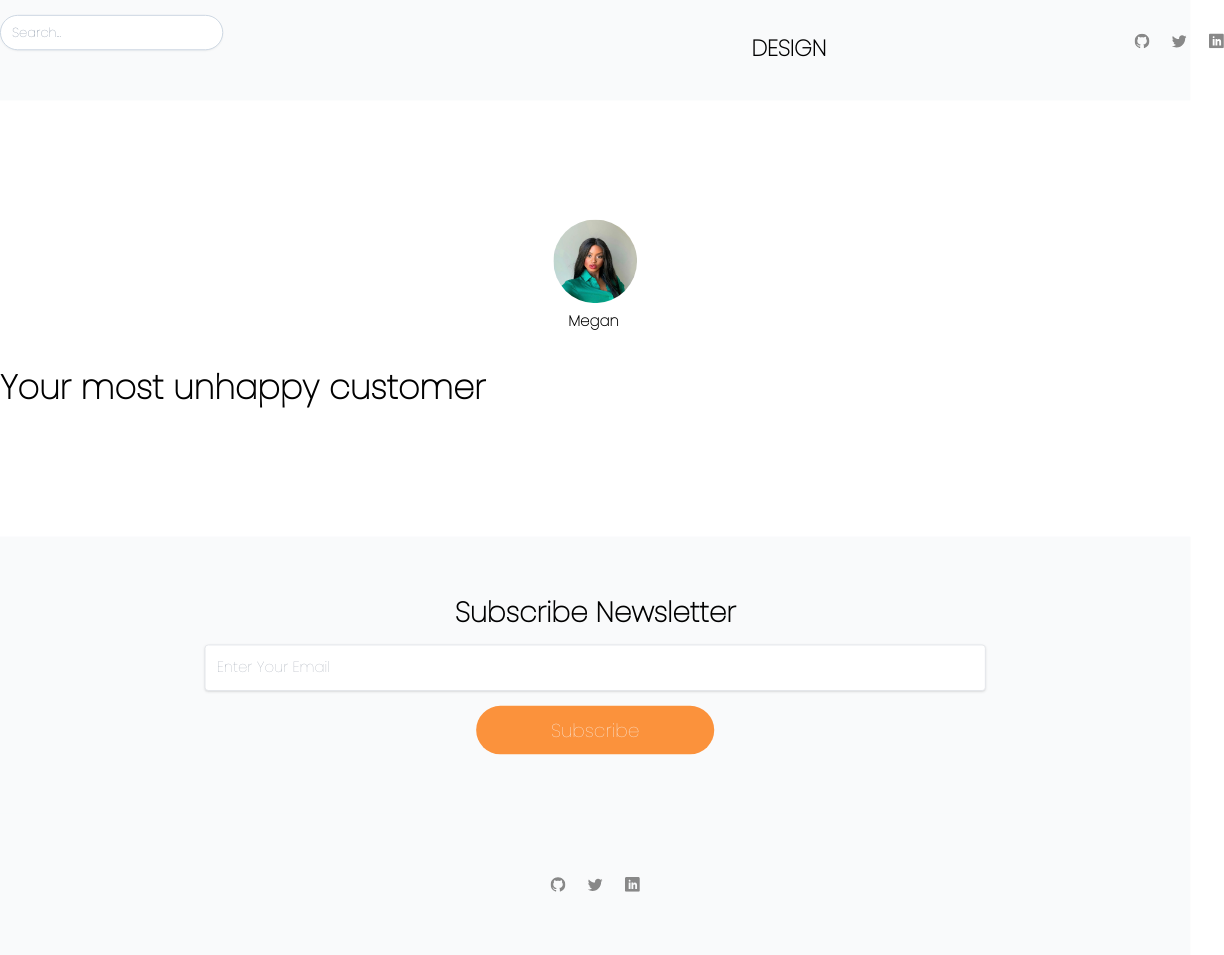
Repository: Megan74/blog5
Page: /posts/page
The author's editor kept a copy of each file at every save. The page is drawn from the files as they stood at one save, then again after the next save.
The browser window is 1280 px wide. The page is 1316 px wide, so the pictures cover 1316 px, including what lies to the right of the window. The pictures show the whole page, at 93% of full size.
The project was rebuilt for these pictures with package versions that can differ from the ones it lists, and the page was loaded fresh each time. The framework's server and built-in components were replaced by stand-ins that run in the browser. Also part of the build but not shown: next.config.js.

Above is the page before, as saved 2022-07-02 17:50:32.

### pages/posts/page.js
import Format from "../../layout/format";
import Author from "../../components/_child/author";


export default function Page() {

    return(
        <Format>
            <section className="container mx-auto md:px-2 py-16 w-1/2"></section>
            <div className="flex justify-center">
            <Author></Author>
           </div>

         <div className="post py-10">
            <h1 className="font-bold text-4xl text-cente  pb-5">Your most unhappy customer </h1>

            <p></p>


         </div>

        </Format>




    )
    }

### styles/globals.css
@import url('https://fonts.googleapis.com/css2?family=Poppins:wght@100&family=Roboto:ital,wght@1,300&display=swap');
@tailwind base;
@tailwind components;
@tailwind utilities;



* > * {
  font-family: 'Poppins', sans-serif;
}

.text-inline{
  @apply mt-1 block w-60 px-3 py-2 bg-white border border-slate-300 rounded-full text-sm shadow-sm placeholder-slate-500;
}

.social{
  display: block;
  background-size: 60px;
  transform: scale(1);
  width: 60px;
  height: 60px;
 }

.social:hover{
  transform: scale(1.2);
  transition: all 0.3s ease-in-out;
}

### layout/format.js
import Head from "next/head";
import Header from "../components/header";
import Footer from "../components/footer";


export default function format ({children}){
return (
      <>

      <Head>
        <title>Blog</title>
      </Head>

    <Header></Header>
    <main> {children}</main>
    <Footer></Footer>
    </>

)

}

### components/_child/author.js
import Image from "next/image";
import Link from "next/link";


export default function author () {
    return(

       <div classname="author flex py-5">
        <Image src={"/images/author/profile.JPG"} width={90} height={90} className="rounded-full"></Image>

        <div className="flex flex-col justify-center px-4">
            <Link href={"/"}><a className="text-md font-bold text-gray italic-font 800 hover:text-gray-600"> Megan</a></Link>

            <span className="text-sm text-gray-500"></span>
        </div>
       </div>
    )
}

### components/header.js
import { ImGithub, ImTwitter , ImLinkedin } from "react-icons/im";
import Link from 'next/link';


export default function header (){
return (
<header className="bg-gray-50">
<div className="xl:container xl:mx-auto flex flex-col item-center sm:flex-row sm:justify-between text-center py-3">
    <div className="md:flex-none w-96 order-2 sm:order-1 flex justify-center py-4 sm:py-0"></div>
<div>
    <input type="text" className="text-inline" placeholder="Search..."/>
</div>
<div className="shrink w-80 sm:order-2">
    <Link href={'/'}>
    <a className="font-bold uppercase mt-6 text-2xl flex flex-justify-center">Design</a>
    </Link>

</div>
<div className= "social mt-6 w-111 h-55 order-3 flex justify-center">
    <div className="flex gap-6">
        <Link href={'https://github.com/Megan74'}>
        <a><ImGithub color="888888"/></a>
        </Link>
        <Link href={'https://twitter.com/techiemeggy'}>
    <a><ImTwitter color="#888888"/></a>
    </Link>
    <Link href={'https://www.linkedin.com/in/megan-mat/'}>
    <a><ImLinkedin color="#888888"/></a>
    </Link>
</div>

</div>
</div>
</header>
)
}

### components/footer.js
import { ImGithub, ImTwitter , ImLinkedin } from "react-icons/im";
import Link from 'next/link';
import Newsletter from "./_child/newsletter";



export default function footer(){
    return(
 <footer className="bg-gray-50">
      <Newsletter></Newsletter>

    <div className="container mx-auto flex justify-center py-12">
      <div className="py-5">
         <div className="flex gap-6 justify-center">
         <Link href={'https://github.com/Megan74'}>
        <a><ImGithub color="888888"/></a>
        </Link>
        <Link href={'https://twitter.com/techiemeggy'}>
    <a><ImTwitter color="#888888"/></a>
    </Link>
    <Link href={'https://www.linkedin.com/in/megan-mat/'}>
    <a><ImLinkedin color="#888888"/></a>
    </Link>
      </div>



      </div>

    </div>


 </footer>
    )
}

### components/_child/newsletter.js

export default function newsletter(){
return(
 <section className="bg-gray-50 mt-20">


  <div className="container mx-auto md:px-20 py-16 text-center">
      <h1 className="font-bold text-3xl">Subscribe Newsletter</h1>
      <div className="py-4">
        <input type="text" className="shadow border rounded w-9/12 py-3 px-3 text-gray-700 focus:outline-none focus:shadow-outline" placeholder="Enter Your Email"></input>
      </div>
   <button className="bg-orange-400 px-20 py-3 rounded-full text-gray-50 text-xl">
     Subscribe
   </button>
  </div>
  </section>
)
}

Loaded but not shown: pages/_app.js (common file); tailwind.config.js (common file)

After the next save:
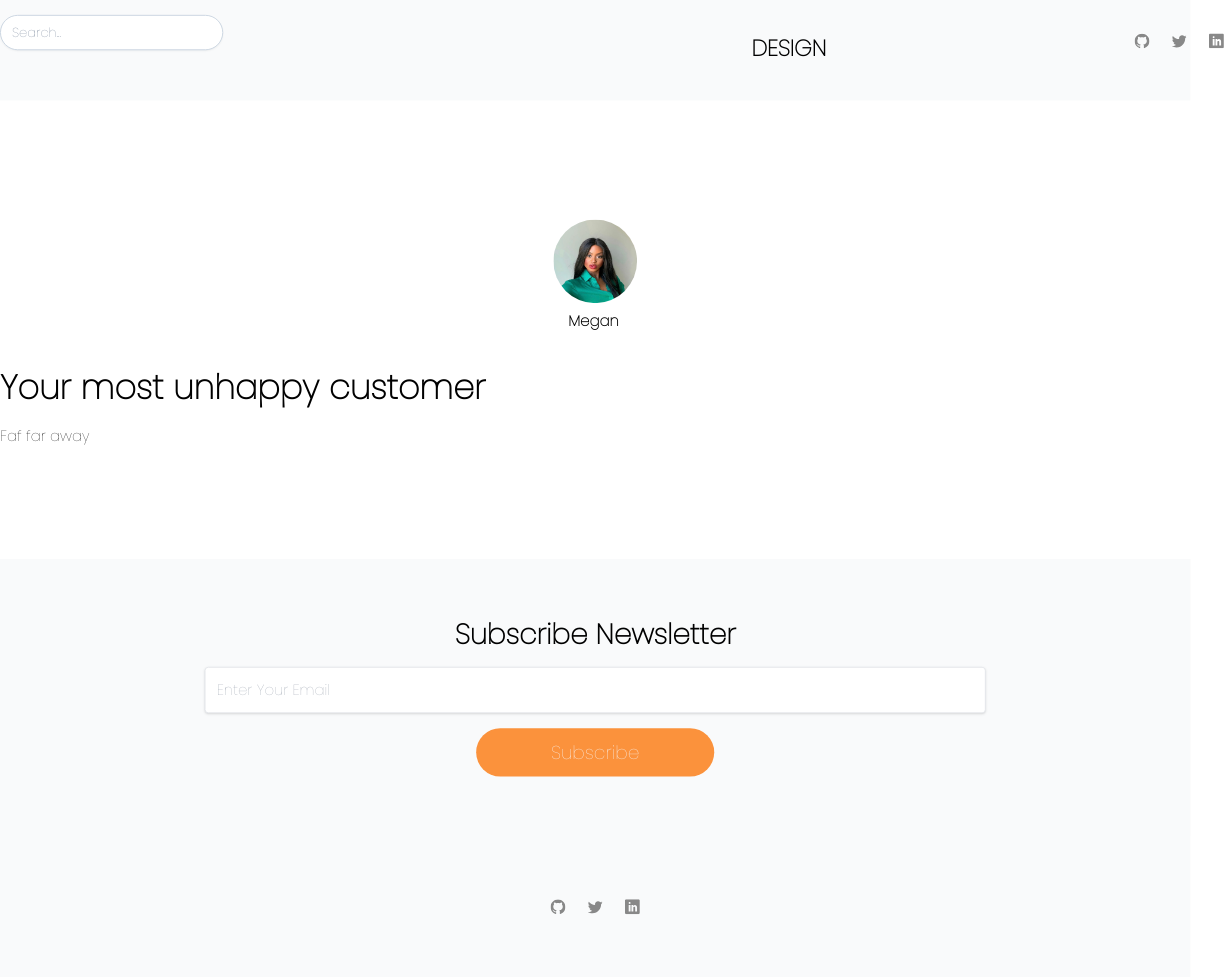
Saved 5 s later.
--- a/pages/posts/page.js
+++ b/pages/posts/page.js
@@ -14,7 +14,7 @@ export default function Page() {
          <div className="post py-10">
             <h1 className="font-bold text-4xl text-cente  pb-5">Your most unhappy customer </h1>
 
-            <p></p>
+            <p>Faf far away</p>
 
 
          </div>
